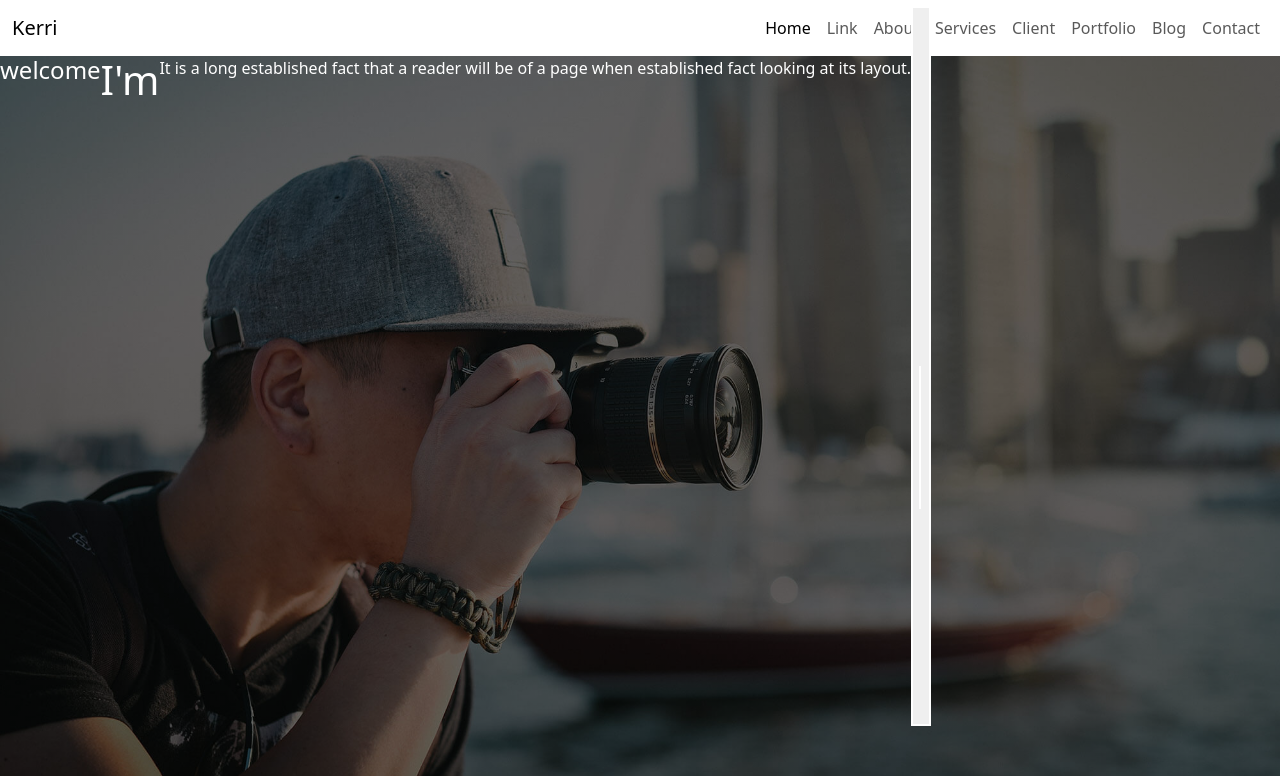
Repository: khaledradwan96/Kerri
Page: index.html
An editor plug-in stored every save of this project. The page is shown before and after the next save, followed by the edit.
The browser window is 1280 px wide. The pictures show the whole page.

Above is the page before, as saved 2024-05-06 20:09:07.

After the next save:
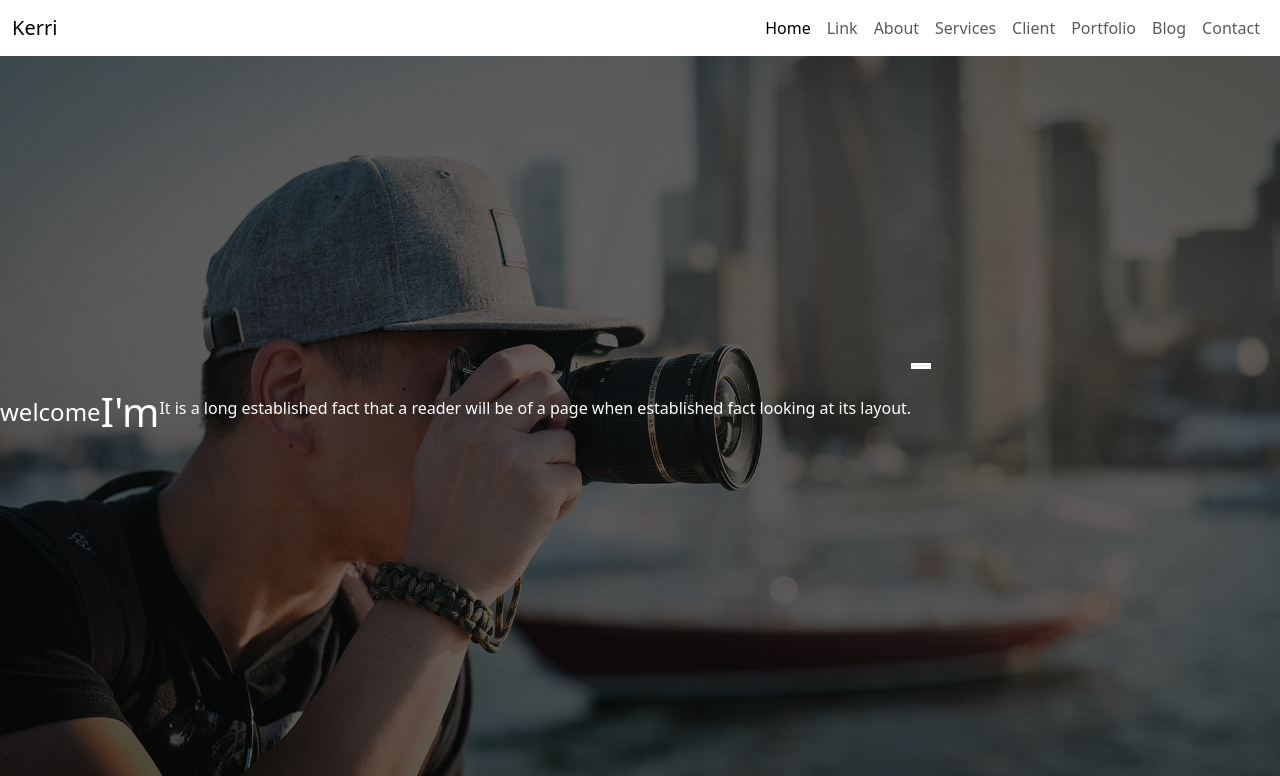
Saved 23 s later.
--- a/index.html
+++ b/index.html
@@ -53,7 +53,7 @@
             </div>
     </nav>
 
-    <header class="position-relative vh-100 text-white d-flex">
+    <header class="position-relative vh-100 text-white d-flex align-items-center">
         <h4>welcome</h4>
         <h1>
             I'm
